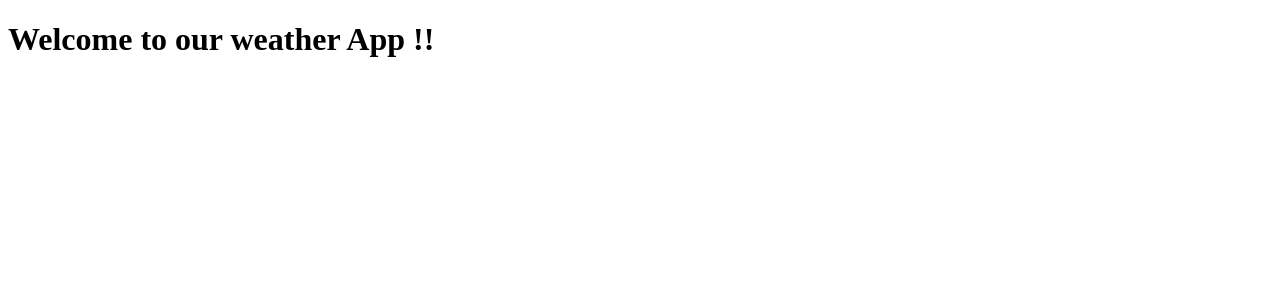
Repository: jangiddeepak/java_learning_phase
Page: MyWeatherApp/src/main/webapp/index .html
These files come from the project's save history. The page is drawn as it stood at one moment and after the next save; the edit follows.
The browser window is 1280 px wide. The pictures show the whole page.

Above is the page before, as saved 2024-11-15 05:10:32.

After the next save:
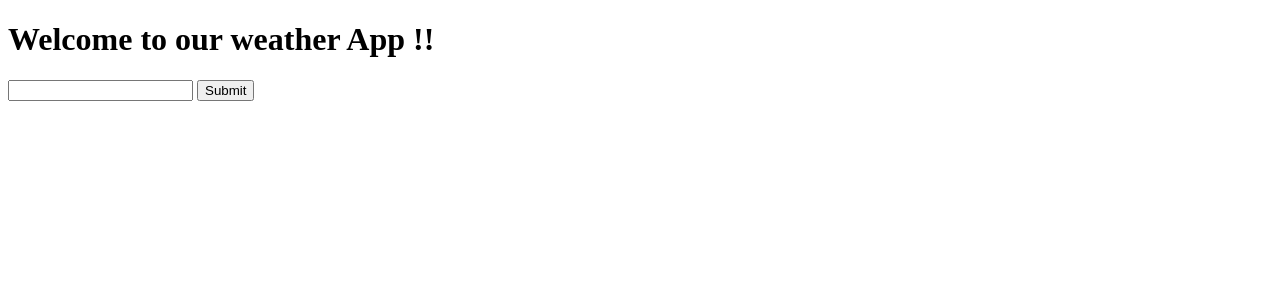
Saved 2 min 27 s later.
--- a/MyWeatherApp/src/main/webapp/index .html
+++ b/MyWeatherApp/src/main/webapp/index .html
@@ -6,6 +6,10 @@
 </head>
 <body>
 <h1>Welcome to our weather App !!</h1>
+<form action="">
+<input></input>
+<button>Submit</button>
+</form>
 
 </body>
 </html>
